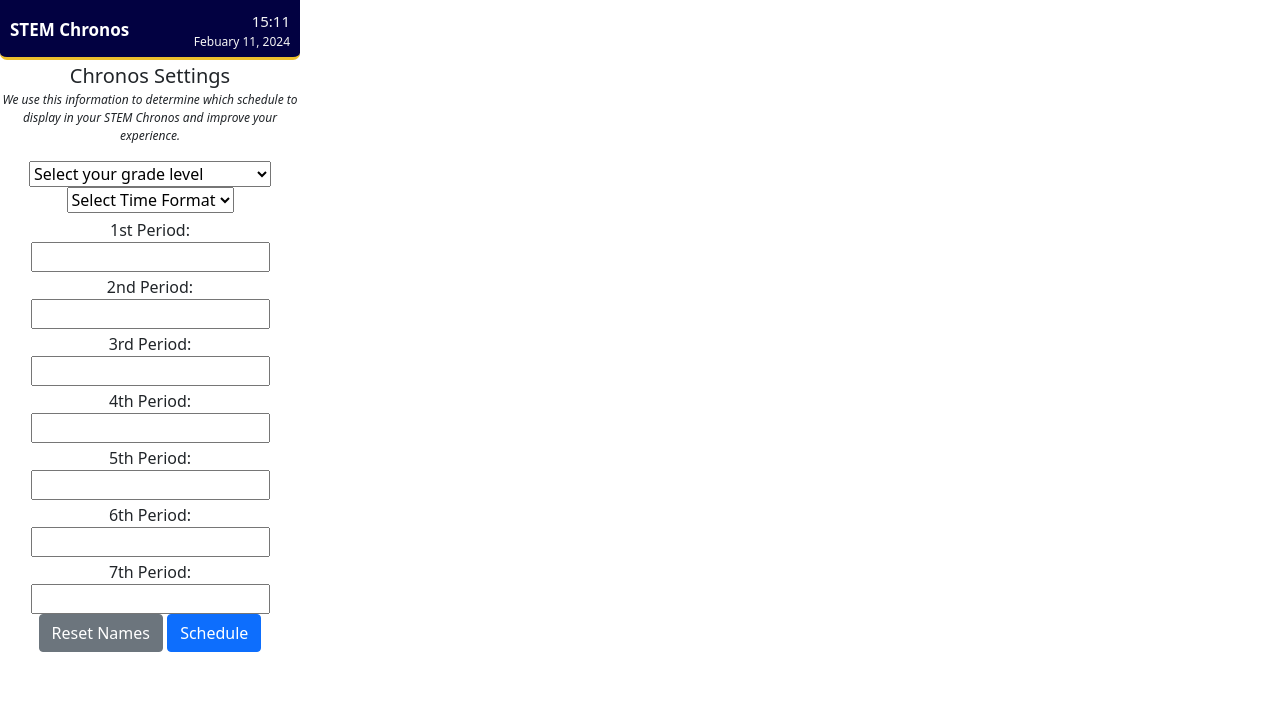
Repository: EvanHughes-dev/StemChronos
Page: StemChronos2.0/Settings/Settings.html
The author's editor kept a copy of each file at every save. The page is drawn from the files as they stood at one save, then again after the next save.
The browser window is 1280 px wide. The pictures show the whole page.

Above is the page before, as saved 2024-04-23 15:40:07.
Console error: TypeError: Cannot read properties of null (reading 'addEventListener')

After the next save:
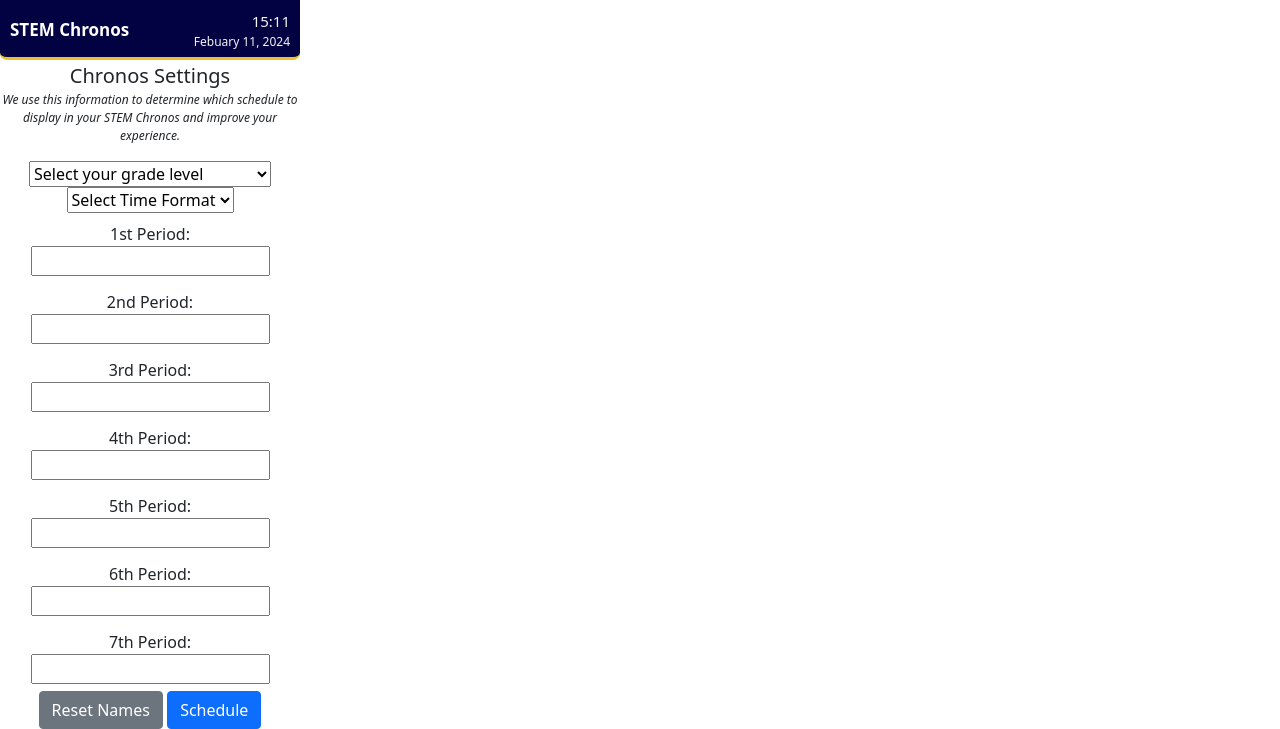
Saved 13 s later.
--- a/StemChronos2.0/Settings/Settings.css
+++ b/StemChronos2.0/Settings/Settings.css
@@ -80,5 +80,5 @@ option{
 }
 
 .PeriodInput{
-    padding-top: 3px;
+    padding: 7px;
 }
